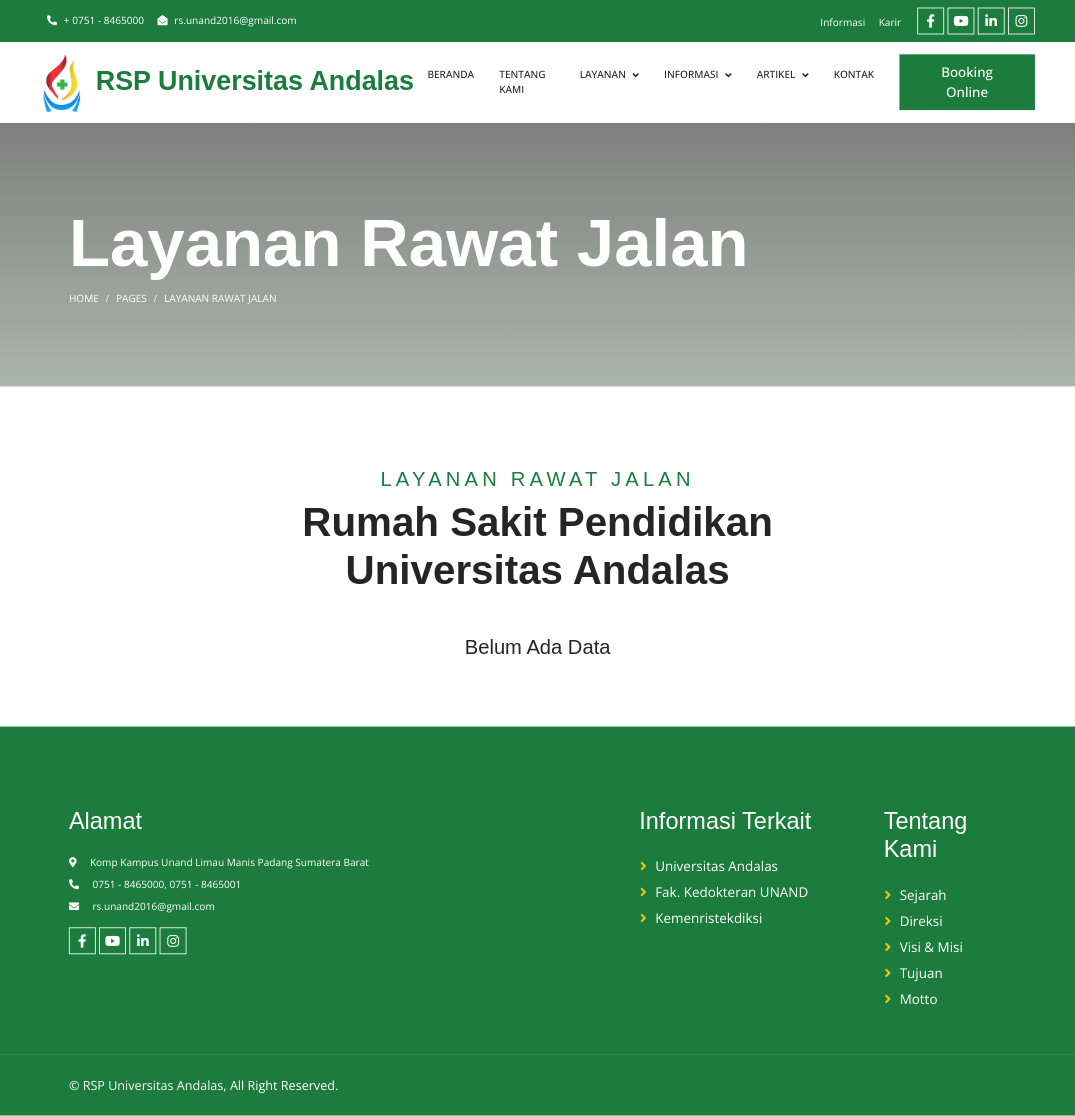
Repository: vivin-erialis/rsunand-site
Page: http://localhost/layanan-rajal
These files come from the project's save history. The page is drawn as it stood at one moment and after the next save; the edit follows.
The browser window is 1280 px wide. The pictures show the whole page, at 84% of full size.
Some web fonts or font styles are not loaded; a fallback is used. Some web libraries are served in a nearby version. The page is served by the project's Laravel application, run on PHP 8.4 with Laravel 12. Queries for data that is not in the repository find no rows.

Above is the page before, as saved 2024-06-10 09:37:32.
Console error: TypeError: Cannot read properties of undefined (reading 'version')

After the next save:
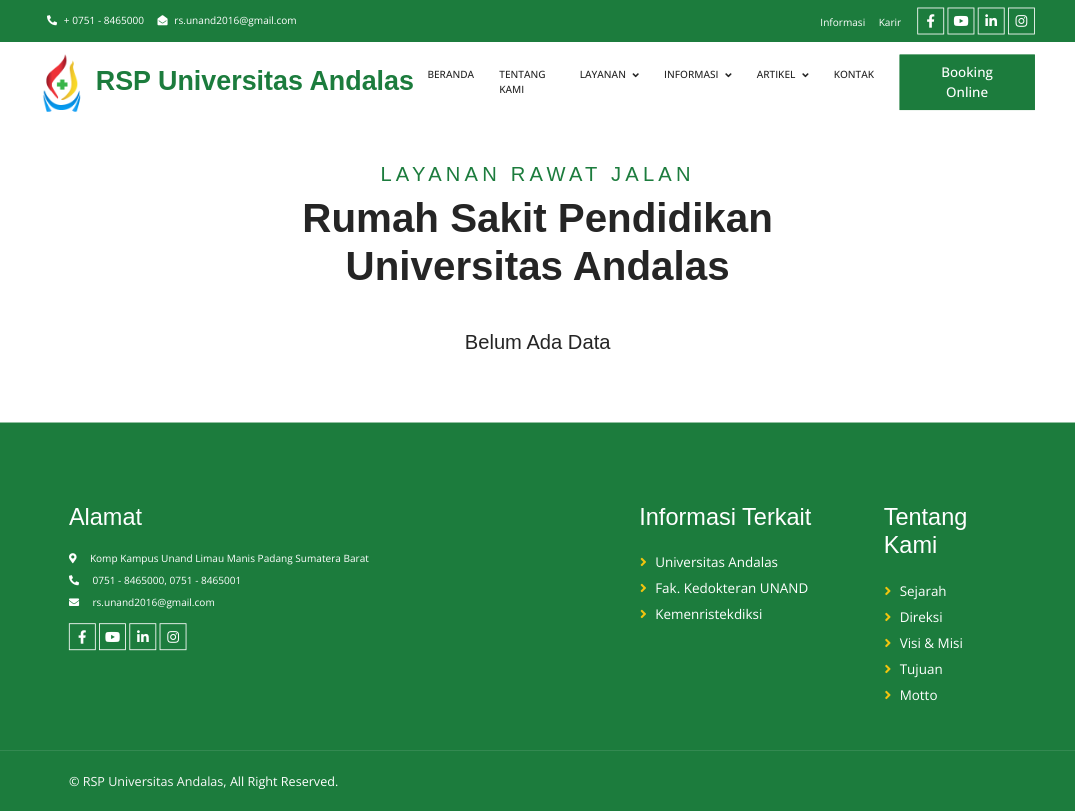
Saved 12 s later.
--- a/resources/views/Frontend/layanan/layanan-rajal.blade.php
+++ b/resources/views/Frontend/layanan/layanan-rajal.blade.php
@@ -1,7 +1,7 @@
 @extends('Frontend.layouts.main')
 @section('content')
 @section('title', 'Layanan Rawat Jalan')
-@include('Frontend.layouts.header')
+{{-- @include('Frontend.layouts.header') --}}
 
 <div class="container-xxl py-5">
     <div class="container">
